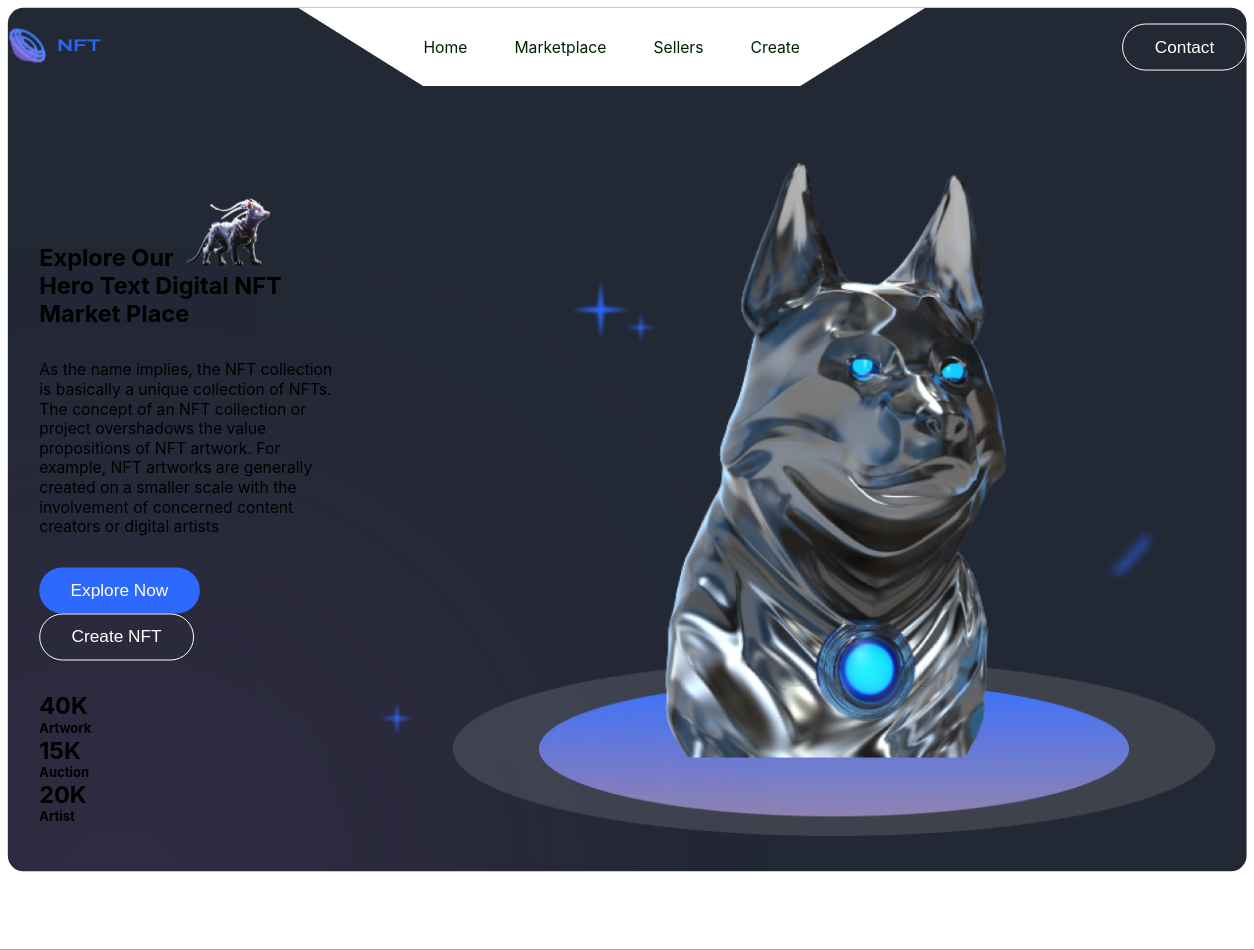
Repository: Ellisvelandia/NFT
Page: /
An editor plug-in stored every save of this project. The page is shown before and after a run of saves, followed by the edit.
The browser window is 1280 px wide. The pictures show the whole page, at 98% of full size.
The project was rebuilt for these pictures with package versions that can differ from the ones it lists, and the page was loaded fresh each time.

Above is the page before, as saved 2022-08-21 15:29:37.

After the next 2 saves:
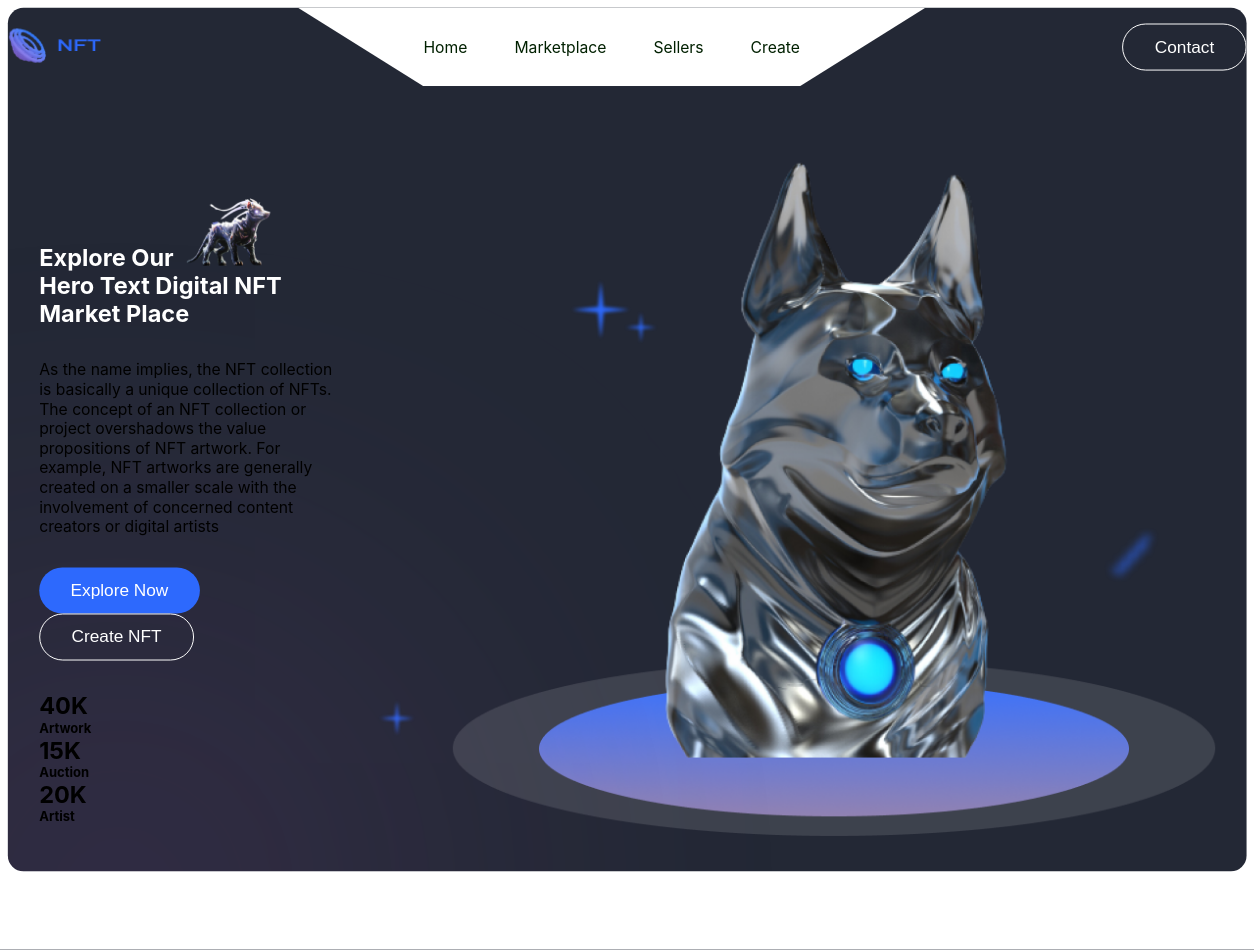
The 2 saves are shown as one change because they came seconds apart.
The last was saved 7 s later.
--- a/src/components/Home.jsx
+++ b/src/components/Home.jsx
@@ -83,7 +83,9 @@
       gap:2rem;
       margin-top:5rem;
       padding-right:2rem;
-
+      h1 {
+        color:white;
+      }
     }
   }
 `;
